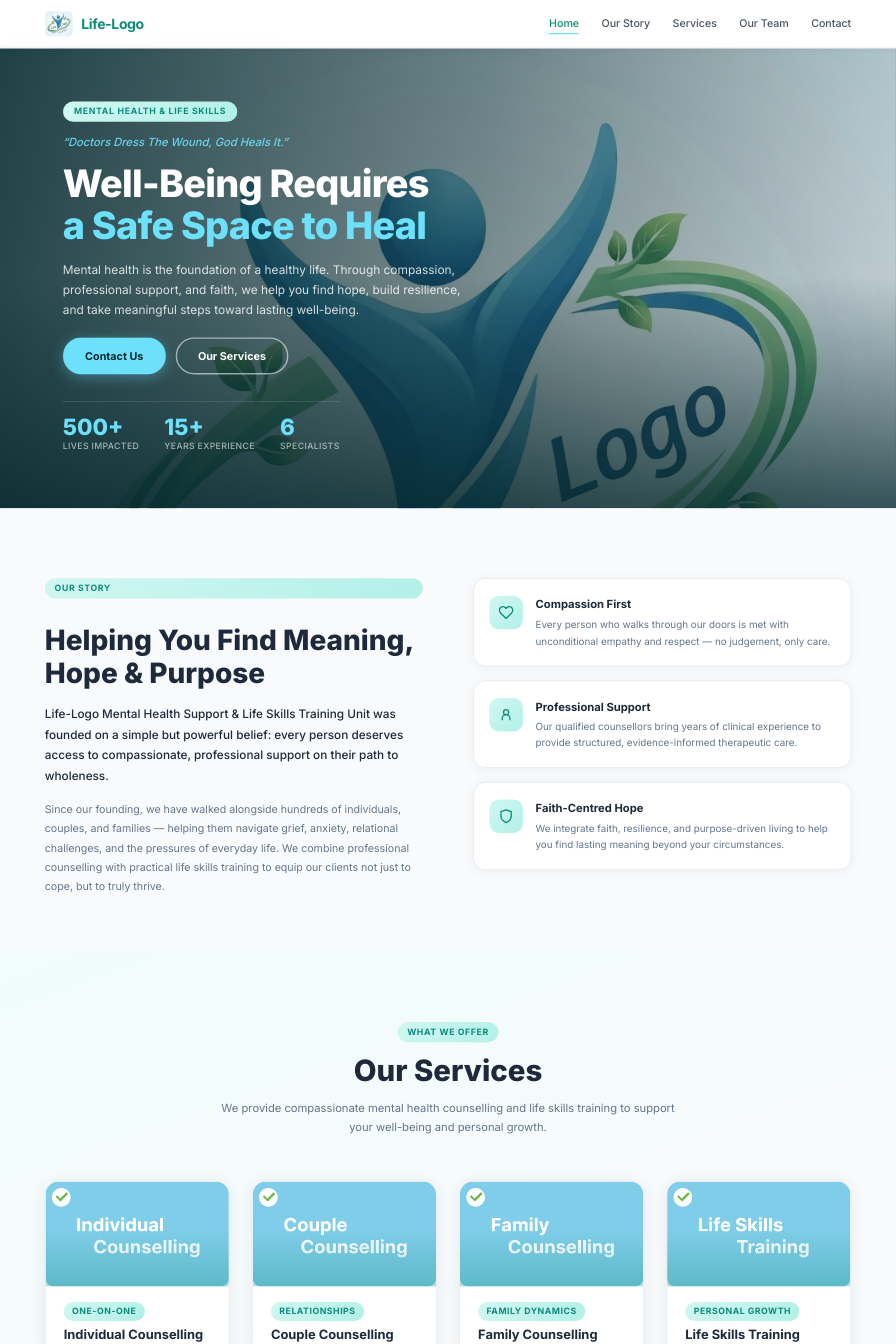
Repository: Tan47s/Lifelogo
Page: /
The author's editor kept a copy of each file at every save. The page is drawn from the files as they stood at one save, then again after the next save.
The browser window is 1280 px wide. The pictures show the part of the page from y = 0 to 1920 px (the page is 5558 px tall), at 70% of full size.
The project was rebuilt for these pictures with package versions that can differ from the ones it lists, and the page was loaded fresh each time. Also part of the build but not shown: vite.config.js.

Above is the page before, as saved 2026-08-23 11:12:36.

### index.html
<!doctype html>
<html lang="en">
  <head>
    <meta charset="UTF-8" />
    <link rel="icon" type="image/svg+xml" href="/favicon.svg" />
    <meta name="viewport" content="width=device-width, initial-scale=1.0" />
    <title>Life-Logo | Mental Health Counselling &amp; Life Skills</title>
    <meta name="description" content="Life-Logo Mental Health Support &amp; Life Skills Training Unit — professional counselling, resilience coaching, and compassionate support to help you find meaning, hope, and purpose." />
    <meta property="og:title" content="Life-Logo | Mental Health Counselling &amp; Life Skills" />
    <meta property="og:description" content="Professional counselling and life skills training to support your well-being and personal growth." />
    <meta property="og:type" content="website" />
  </head>
  <body>
    <div id="root"></div>
    <script type="module" src="/src/main.jsx"></script>
  </body>
</html>

### src/main.jsx
import { StrictMode } from 'react'
import { createRoot } from 'react-dom/client'

import { App } from './App.jsx'


createRoot(document.getElementById('root')).render(
  <StrictMode>
    <App />
  </StrictMode>,
)

### src/App.jsx
import React from 'react'
import { Header } from './comp/Header'
import { Herocon } from './comp/Herocon'
import { Contents2 } from './comp/Contents2'
import { Service2 } from './comp/Service2'
import { Counsellors } from './comp/Counsellors'
import { Contact } from './comp/Contact'
import { Footer } from './comp/Footer'

export const App = () => {
  return (
    <div>
      <Header />

      {/* Hero — id: home (owned by Herocon's <section>) */}
      <Herocon />

      {/* Our Story — id: story (owned by Contents2's <section>) */}
      <Contents2 />

      {/* Services — id: services (declared inside Service2's <section>) */}
      <Service2 />

      {/* Our Team — id: team */}
      <Counsellors />

      {/* Contact — id: contact */}
      <Contact />

      {/* Footer */}
      <Footer />
    </div>
  )
}

### src/comp/Herocon.jsx
import './herocon.css'
import Hero from '../assets/hero2.png'

const stats = [
  { value: '500+', label: 'Lives Impacted' },
  { value: '15+', label: 'Years Experience' },
  { value: '6',   label: 'Specialists' },
]

export const Herocon = () => {
  const scrollTo = (id) => {
    const el = document.getElementById(id)
    if (el) el.scrollIntoView({ behavior: 'smooth' })
  }

  return (
    <section
      id="home"
      className="hero-section"
      style={{ backgroundImage: `url(${Hero})` }}
    >
      {/* layered overlay */}
      <div className="hero-overlay" />

      <div className="hero-content">
        {/* eyebrow badge */}
        <span className="hero-badge">Mental Health &amp; Life Skills</span>

        {/* quote */}
        <p className="hero-quote">
          &ldquo;Doctors Dress The Wound, God Heals It.&rdquo;
        </p>

        {/* headline */}
        <h1 className="hero-headline">
          Well-Being Requires<br />
          <span className="hero-headline-accent">a Safe Space to Heal</span>
        </h1>

        {/* sub-text */}
        <p className="hero-sub">
          Mental health is the foundation of a healthy life. Through compassion,
          professional support, and faith, we help you find hope, build
          resilience, and take meaningful steps toward lasting well-being.
        </p>

        {/* CTAs */}
        <div className="hero-ctas">
          <button
            id="hero-contact-btn"
            className="hero-btn hero-btn--primary"
            onClick={() => scrollTo('contact')}
          >
            Contact Us
          </button>
          <button
            id="hero-services-btn"
            className="hero-btn hero-btn--ghost"
            onClick={() => scrollTo('services')}
          >
            Our Services
          </button>
        </div>

        {/* Stats strip */}
        <div className="hero-stats">
          {stats.map((s, i) => (
            <div className="hero-stat" key={i}>
              <span className="hero-stat-value">{s.value}</span>
              <span className="hero-stat-label">{s.label}</span>
            </div>
          ))}
        </div>
      </div>
    </section>
  )
}

### src/comp/Contents2.jsx
import React from 'react'
import './Contents2.css'

const pillars = [
  {
    icon: (
      <svg viewBox="0 0 24 24" fill="none" stroke="currentColor" strokeWidth="2" strokeLinecap="round" strokeLinejoin="round">
        <path d="M20.84 4.61a5.5 5.5 0 0 0-7.78 0L12 5.67l-1.06-1.06a5.5 5.5 0 0 0-7.78 7.78l1.06 1.06L12 21.23l7.78-7.78 1.06-1.06a5.5 5.5 0 0 0 0-7.78z"/>
      </svg>
    ),
    title: 'Compassion First',
    desc: 'Every person who walks through our doors is met with unconditional empathy and respect — no judgement, only care.',
  },
  {
    icon: (
      <svg viewBox="0 0 24 24" fill="none" stroke="currentColor" strokeWidth="2" strokeLinecap="round" strokeLinejoin="round">
        <circle cx="12" cy="8" r="4"/>
        <path d="M6 20v-2a6 6 0 0 1 12 0v2"/>
      </svg>
    ),
    title: 'Professional Support',
    desc: 'Our qualified counsellors bring years of clinical experience to provide structured, evidence-informed therapeutic care.',
  },
  {
    icon: (
      <svg viewBox="0 0 24 24" fill="none" stroke="currentColor" strokeWidth="2" strokeLinecap="round" strokeLinejoin="round">
        <path d="M12 22s8-4 8-10V5l-8-3-8 3v7c0 6 8 10 8 10z"/>
      </svg>
    ),
    title: 'Faith-Centred Hope',
    desc: 'We integrate faith, resilience, and purpose-driven living to help you find lasting meaning beyond your circumstances.',
  },
]

export const Contents2 = () => {
  return (
    <section id="story" className="story-section">
      <div className="story-inner">

        {/* ---- Left column: text ---- */}
        <div className="story-text">
          <span className="section-badge">Our Story</span>
          <h2>Helping You Find Meaning, Hope &amp; Purpose</h2>
          <p className="story-lead">
            Life-Logo Mental Health Support &amp; Life Skills Training Unit was
            founded on a simple but powerful belief: every person deserves access
            to compassionate, professional support on their path to wholeness.
          </p>
          <p className="story-body">
            Since our founding, we have walked alongside hundreds of individuals,
            couples, and families — helping them navigate grief, anxiety, relational
            challenges, and the pressures of everyday life. We combine professional
            counselling with practical life skills training to equip our clients not
            just to cope, but to truly thrive.
          </p>
        </div>

        {/* ---- Right column: pillars ---- */}
        <div className="story-pillars">
          {pillars.map((p, i) => (
            <div className="story-pillar" key={i}>
              <div className="pillar-icon">{p.icon}</div>
              <div className="pillar-body">
                <h4>{p.title}</h4>
                <p>{p.desc}</p>
              </div>
            </div>
          ))}
        </div>

      </div>
    </section>
  )
}

### src/comp/Service2.jsx
import React from 'react'
import ser1 from '../assets/ser1.png'
import ser2 from '../assets/ser2.png'
import ser3 from '../assets/ser3.png'
import ser4 from '../assets/ser4.png'
import './Service2.css'

const services = [
  {
    img: ser1,
    title: 'Individual Counselling',
    tag: 'One-on-One',
    desc: 'A private, confidential space where you can explore personal challenges, process emotions, and develop healthier coping strategies with the guidance of a qualified counsellor.',
  },
  {
    img: ser2,
    title: 'Couple Counselling',
    tag: 'Relationships',
    desc: 'Helping couples navigate conflict, rebuild trust, and strengthen communication so they can grow together in a healthy, supportive partnership.',
  },
  {
    img: ser3,
    title: 'Family Counselling',
    tag: 'Family Dynamics',
    desc: 'We work with families to address relational tensions, improve understanding, and foster a home environment rooted in compassion and mutual respect.',
  },
  {
    img: ser4,
    title: 'Life Skills Training',
    tag: 'Personal Growth',
    desc: 'Practical workshops and coaching sessions that equip you with tools for resilience, emotional regulation, goal-setting, and purposeful living.',
  },
]

export const Service2 = () => {
  return (
    <section id="services" className="services-section">
      {/* Section Header */}
      <div className="services-header">
        <span className="section-badge">What We Offer</span>
        <h2>Our Services</h2>
        <p className="services-subtitle">
          We provide compassionate mental health counselling and life skills
          training to support your well-being and personal growth.
        </p>
      </div>

      {/* Cards Grid */}
      <div className="services-grid">
        {services.map((s, i) => (
          <div className="service-card" key={i}>
            <div className="service-img-wrap">
              <img src={s.img} alt={s.title} className="service-img" />
              <div className="service-img-overlay" />
            </div>
            <div className="service-info">
              <span className="service-tag">{s.tag}</span>
              <h3>{s.title}</h3>
              <p>{s.desc}</p>
            </div>
          </div>
        ))}
      </div>
    </section>
  )
}

### src/comp/Footer.jsx
import React from 'react'
import './Footer.css'
import logo from '../assets/logo.png'

export const Footer = () => {
  const year = new Date().getFullYear()

  const scrollTo = (id) => {
    const el = document.getElementById(id)
    if (el) el.scrollIntoView({ behavior: 'smooth' })
  }

  return (
    <footer className="footer">
      <div className="footer-inner">

        {/* Brand Column */}
        <div className="footer-brand">
          <div className="footer-logo-row">
            <img src={logo} alt="Life-Logo" className="footer-logo" />
            <span className="footer-name">Life-Logo</span>
          </div>
          <p className="footer-tagline">
            Mental Health Support &amp; Life Skills Training Unit — helping
            people discover meaning, hope, and purpose.
          </p>
        </div>

        {/* Quick Links */}
        <div className="footer-col">
          <h4>Quick Links</h4>
          <ul>
            {[
              { label: 'Home',        id: 'home' },
              { label: 'Our Story',   id: 'story' },
              { label: 'Services',    id: 'services' },
              { label: 'Our Team',    id: 'team' },
              { label: 'Contact',     id: 'contact' },
            ].map((l) => (
              <li key={l.id}>
                <button onClick={() => scrollTo(l.id)} className="footer-link">
                  {l.label}
                </button>
              </li>
            ))}
          </ul>
        </div>

        {/* Contact Column */}
        <div className="footer-col">
          <h4>Contact</h4>
          <ul className="footer-contact-list">
            <li>
              <span className="fc-icon">📍</span>
              House-19, Road-14, Sector-13, Uttara, Dhaka-1230, Bangladesh.
            </li>
            <li>
              <span className="fc-icon">📞</span>
              <a href="tel:+8801616190907">+8801616190907</a>
            </li>
            <li>
              <span className="fc-icon">✉️</span>
              <a href="mailto:lifelogo111@gmail.com">lifelogo111@gmail.com</a>
            </li>
            <li>
              <span className="fc-icon">💬</span>
              <a href="https://wa.me/233244567890" target="_blank" rel="noopener noreferrer">
                WhatsApp Us
              </a>
            </li>
          </ul>
        </div>

      </div>

      {/* Bottom Bar */}
      <div className="footer-bottom">
        <p>&copy; {year} Life-Logo Mental Health &amp; Life Skills. All rights reserved.</p>
        <p className="footer-note">Built with compassion 💚</p>
      </div>
    </footer>
  )
}

### src/Index.css

@import url('https://fonts.googleapis.com/css2?family=Inter:wght@100..900&display=swap');

:root {
  /* Brand */
  --primary: #6de1fb;        /* Teal from header */
  --primary-light: #02ff78;


  /* Logo greens */
  --green: #22C55E;
  --green-light: #DCFCE7;

  /* Blue accent */
  --blue: #38BDF8;
  --blue-light: #E0F2FE;

  /* Backgrounds */
  --background: #F8FAFC;
  --surface: #FFFFFF;

  /* Text */
  --text: #1E293B;
  --text-muted: #64748B;

  /* Borders */
  --border: #E2E8F0;
}

* {
  margin: 0;
  padding: 0;
  box-sizing: border-box;
  font-family: "Inter", sans-serif;
}

h1{
    font-weight: 800;
}

p{
    font-weight: 400;
}

### src/comp/Contents2.css
/* ============================================================
   OUR STORY SECTION
   ============================================================ */

.story-section {
  padding: 100px 5% 80px;
  background: var(--background);   /* #F8FAFC — same as Counsellors */
}

/* ---- Two-column inner wrapper ---- */
.story-inner {
  display: grid;
  grid-template-columns: 1fr 1fr;
  gap: 72px;
  max-width: 1200px;
  margin: 0 auto;
  align-items: start;
}

/* ========== LEFT: text column ========== */
.story-text {
  display: flex;
  flex-direction: column;
  gap: 20px;
}

.story-text h2 {
  font-size: clamp(26px, 3.5vw, 40px);
  font-weight: 800;
  color: var(--text);
  line-height: 1.18;
  margin: 0;
}

.story-lead {
  font-size: 1.05rem;
  color: var(--text);
  font-weight: 500;
  line-height: 1.75;
  margin: 0;
}

.story-body {
  font-size: 0.95rem;
  color: var(--text-muted);
  line-height: 1.8;
  margin: 0;
}

/* ========== RIGHT: pillars column ========== */
.story-pillars {
  display: flex;
  flex-direction: column;
  gap: 20px;
}

/* ---- Single pillar card ---- */
.story-pillar {
  display: flex;
  align-items: flex-start;
  gap: 18px;
  background: var(--surface);
  border: 1px solid var(--border);
  border-radius: 18px;
  padding: 24px 22px;
  box-shadow: 0 2px 16px rgba(0, 0, 0, 0.05);
  transition: transform 0.25s ease, box-shadow 0.25s ease;
}

.story-pillar:hover {
  transform: translateY(-4px);
  box-shadow: 0 8px 32px rgba(109, 225, 251, 0.18);
}

/* ---- Icon bubble ---- */
.pillar-icon {
  flex-shrink: 0;
  width: 48px;
  height: 48px;
  border-radius: 14px;
  background: linear-gradient(135deg, #d0f7f1, #b2f0e8);
  display: flex;
  align-items: center;
  justify-content: center;
  color: #0d8c7a;
}

.pillar-icon svg {
  width: 22px;
  height: 22px;
}

/* ---- Pillar text ---- */
.pillar-body {
  display: flex;
  flex-direction: column;
  gap: 5px;
}

.pillar-body h4 {
  font-size: 1rem;
  font-weight: 700;
  color: var(--text);
  margin: 0;
}

.pillar-body p {
  font-size: 0.88rem;
  color: var(--text-muted);
  line-height: 1.65;
  margin: 0;
}

/* ---- Responsive ---- */
@media (max-width: 860px) {
  .story-inner {
    grid-template-columns: 1fr;
    gap: 48px;
  }
}

@media (max-width: 640px) {
  .story-section {
    padding: 70px 5% 60px;
  }
}

### src/comp/Service2.css
/* ============================================================
   SERVICES SECTION  —  mirrors Counsellors card style
   ============================================================ */

.services-section {
  padding: 100px 5% 80px;
  background: linear-gradient(160deg, #f0fdfb 0%, #f8fafc 60%);
}

/* --- Header --- */
.services-header {
  text-align: center;
  max-width: 660px;
  margin: 0 auto 64px;
}

.services-header h2 {
  font-size: clamp(28px, 4vw, 42px);
  font-weight: 800;
  color: var(--text);
  margin-bottom: 16px;
  line-height: 1.15;
}

.services-subtitle {
  font-size: 1rem;
  color: var(--text-muted);
  line-height: 1.7;
}

/* --- Grid --- */
.services-grid {
  display: grid;
  grid-template-columns: repeat(auto-fit, minmax(260px, 1fr));
  gap: 32px;
  max-width: 1200px;
  margin: 0 auto;
}

/* --- Card --- */
.service-card {
  background: var(--surface);
  border-radius: 20px;
  overflow: hidden;
  box-shadow: 0 4px 24px rgba(0, 0, 0, 0.07);
  border: 1px solid var(--border);
  transition: transform 0.3s ease, box-shadow 0.3s ease;
}

.service-card:hover {
  transform: translateY(-8px);
  box-shadow: 0 12px 40px rgba(109, 225, 251, 0.25);
}

/* --- Image wrapper --- */
.service-img-wrap {
  position: relative;
  width: 100%;
  height: 150px;
  overflow: hidden;
}

.service-img {
  width: 100%;
  height: 100%;
  object-fit: cover;
  object-position: center;
  transition: transform 0.4s ease;
}

.service-card:hover .service-img {
  transform: scale(1.05);
}

.service-img-overlay {
  position: absolute;
  inset: 0;
  background: linear-gradient(to top, rgba(13, 140, 122, 0.3) 0%, transparent 55%);
  pointer-events: none;
}

/* --- Info block --- */
.service-info {
  padding: 22px 26px 28px;
  display: flex;
  flex-direction: column;
  gap: 8px;
}

.service-tag {
  display: inline-block;
  background: linear-gradient(135deg, #d0f7f1, #b2f0e8);
  color: #0d8c7a;
  font-size: 0.78rem;
  font-weight: 700;
  letter-spacing: 0.06em;
  text-transform: uppercase;
  padding: 4px 12px;
  border-radius: 999px;
  align-self: flex-start;
}

.service-info h3 {
  font-size: 1.15rem;
  font-weight: 700;
  color: var(--text);
  margin: 0;
  line-height: 1.3;
}

.service-info p {
  font-size: 0.9rem;
  color: var(--text-muted);
  line-height: 1.75;
  margin: 0;
}

/* --- Responsive --- */
@media (max-width: 640px) {
  .services-section {
    padding: 70px 5% 60px;
  }

  .services-grid {
    grid-template-columns: 1fr;
  }
}

### src/comp/Counsellors.css
/* ============================================================
   COUNSELLORS SECTION
   ============================================================ */

.counsellors-section {
  padding: 100px 5% 80px;
  background: var(--background);
}

/* --- Header --- */
.counsellors-header {
  text-align: center;
  max-width: 660px;
  margin: 0 auto 64px;
}

.counsellors-header h2 {
  font-size: clamp(28px, 4vw, 42px);
  font-weight: 800;
  color: var(--text);
  margin-bottom: 16px;
  line-height: 1.15;
}

.counsellors-subtitle {
  font-size: 1rem;
  color: var(--text-muted);
  line-height: 1.7;
}

/* --- Badge --- */
.section-badge {
  display: inline-block;
  background: linear-gradient(135deg, #d0f7f1, #b2f0e8);
  color: #0d8c7a;
  font-size: 0.78rem;
  font-weight: 700;
  letter-spacing: 0.07em;
  text-transform: uppercase;
  padding: 5px 14px;
  border-radius: 999px;
  margin-bottom: 16px;
}

/* --- Grid --- */
.counsellors-grid {
  display: grid;
  grid-template-columns: repeat(3, 1fr);
  gap: 36px;
  max-width: 1200px;
  margin: 0 auto;
}

@media (max-width: 960px) {
  .counsellors-grid {
    grid-template-columns: repeat(2, 1fr);
  }
}

/* --- Card --- */
.counsellor-card {
  background: var(--surface);
  border-radius: 20px;
  overflow: hidden;
  box-shadow: 0 4px 24px rgba(0, 0, 0, 0.07);
  transition: transform 0.3s ease, box-shadow 0.3s ease;
  border: 1px solid var(--border);
}

.counsellor-card:hover {
  transform: translateY(-8px);
  box-shadow: 0 12px 40px rgba(109, 225, 251, 0.25);
}

/* --- Image wrapper --- */
.counsellor-img-wrap {
  position: relative;
  width: 100%;
  height: 280px;
  overflow: hidden;
}

.counsellor-img {
  width: 100%;
  height: 100%;
  object-fit: cover;
  object-position: top center;
  transition: transform 0.4s ease;
}

.counsellor-card:hover .counsellor-img {
  transform: scale(1.04);
}

.counsellor-img-overlay {
  position: absolute;
  inset: 0;
  background: linear-gradient(to top, rgba(13, 140, 122, 0.35) 0%, transparent 60%);
  pointer-events: none;
}

/* --- Info block --- */
.counsellor-info {
  padding: 24px 28px 30px;
}

.counsellor-info h3 {
  font-size: 1.2rem;
  font-weight: 700;
  color: var(--text);
  margin-bottom: 4px;
}

.counsellor-role {
  display: inline-block;
  font-size: 0.82rem;
  font-weight: 600;
  color: #0d8c7a;
  background: linear-gradient(135deg, #d0f7f1, #b2f0e8);
  padding: 3px 10px;
  border-radius: 999px;
  margin-bottom: 14px;
  letter-spacing: 0.02em;
}

.counsellor-info p {
  font-size: 0.9rem;
  color: var(--text-muted);
  line-height: 1.75;
}

/* --- Responsive --- */
@media (max-width: 640px) {
  .counsellors-section {
    padding: 70px 5% 60px;
  }

  .counsellors-grid {
    grid-template-columns: 1fr;
  }
}

### src/comp/Footer.css
/* ============================================================
   FOOTER
   ============================================================ */

.footer {
  background: linear-gradient(135deg, #0f2027, #203a43, #2c5364);
  color: rgba(255, 255, 255, 0.85);
  padding-top: 64px;
}

.footer-inner {
  max-width: 1100px;
  margin: 0 auto;
  padding: 0 5% 48px;
  display: grid;
  grid-template-columns: 1.6fr 1fr 1.2fr;
  gap: 48px;
}

/* --- Brand Column --- */
.footer-brand {}

.footer-logo-row {
  display: flex;
  align-items: center;
  gap: 12px;
  margin-bottom: 16px;
}

.footer-logo {
  width: 44px;
  height: 44px;
  object-fit: contain;
  border-radius: 10px;
  background: white;
  padding: 3px;
}

.footer-name {
  font-size: 1.3rem;
  font-weight: 800;
  color: var(--primary);
  letter-spacing: -0.02em;
}

.footer-tagline {
  font-size: 0.9rem;
  line-height: 1.7;
  color: rgba(255, 255, 255, 0.6);
  max-width: 300px;
}

/* --- Columns --- */
.footer-col h4 {
  font-size: 0.8rem;
  font-weight: 700;
  letter-spacing: 0.1em;
  text-transform: uppercase;
  color: var(--primary);
  margin-bottom: 18px;
}

.footer-col ul {
  list-style: none;
  padding: 0;
  margin: 0;
  display: flex;
  flex-direction: column;
  gap: 10px;
}

/* Quick links */
.footer-link {
  background: none;
  border: none;
  padding: 0;
  cursor: pointer;
  font-size: 0.9rem;
  color: rgba(255, 255, 255, 0.7);
  text-align: left;
  transition: color 0.2s ease;
  font-family: inherit;
}

.footer-link:hover {
  color: var(--primary);
}

/* Contact list */
.footer-contact-list li {
  display: flex;
  align-items: flex-start;
  gap: 10px;
  font-size: 0.88rem;
  color: rgba(255, 255, 255, 0.7);
  line-height: 1.55;
}

.footer-contact-list a {
  color: rgba(255, 255, 255, 0.7);
  text-decoration: none;
  transition: color 0.2s ease;
}

.footer-contact-list a:hover {
  color: var(--primary);
}

.fc-icon {
  flex-shrink: 0;
  font-size: 1rem;
  margin-top: 1px;
}

/* --- Bottom Bar --- */
.footer-bottom {
  border-top: 1px solid rgba(255, 255, 255, 0.1);
  padding: 20px 5%;
  display: flex;
  align-items: center;
  justify-content: space-between;
  max-width: 100%;
}

.footer-bottom p {
  font-size: 0.82rem;
  color: rgba(255, 255, 255, 0.45);
  margin: 0;
}

.footer-note {
  font-size: 0.82rem;
  color: rgba(255, 255, 255, 0.45);
}

/* --- Responsive --- */
@media (max-width: 860px) {
  .footer-inner {
    grid-template-columns: 1fr 1fr;
  }
  .footer-brand {
    grid-column: span 2;
  }
}

@media (max-width: 540px) {
  .footer-inner {
    grid-template-columns: 1fr;
  }
  .footer-brand {
    grid-column: span 1;
  }
  .footer-bottom {
    flex-direction: column;
    gap: 6px;
    text-align: center;
  }
}

Loaded but not shown: src/comp/Contact.jsx (114 lines, source omitted); src/comp/Counsellors.jsx (101 lines, source omitted); src/App.css (221 lines, source omitted); src/comp/herocon.css (185 lines, source omitted); src/comp/Contact.css (202 lines, source omitted); src/comp/Header.jsx (102 lines, source omitted)

After the next save:
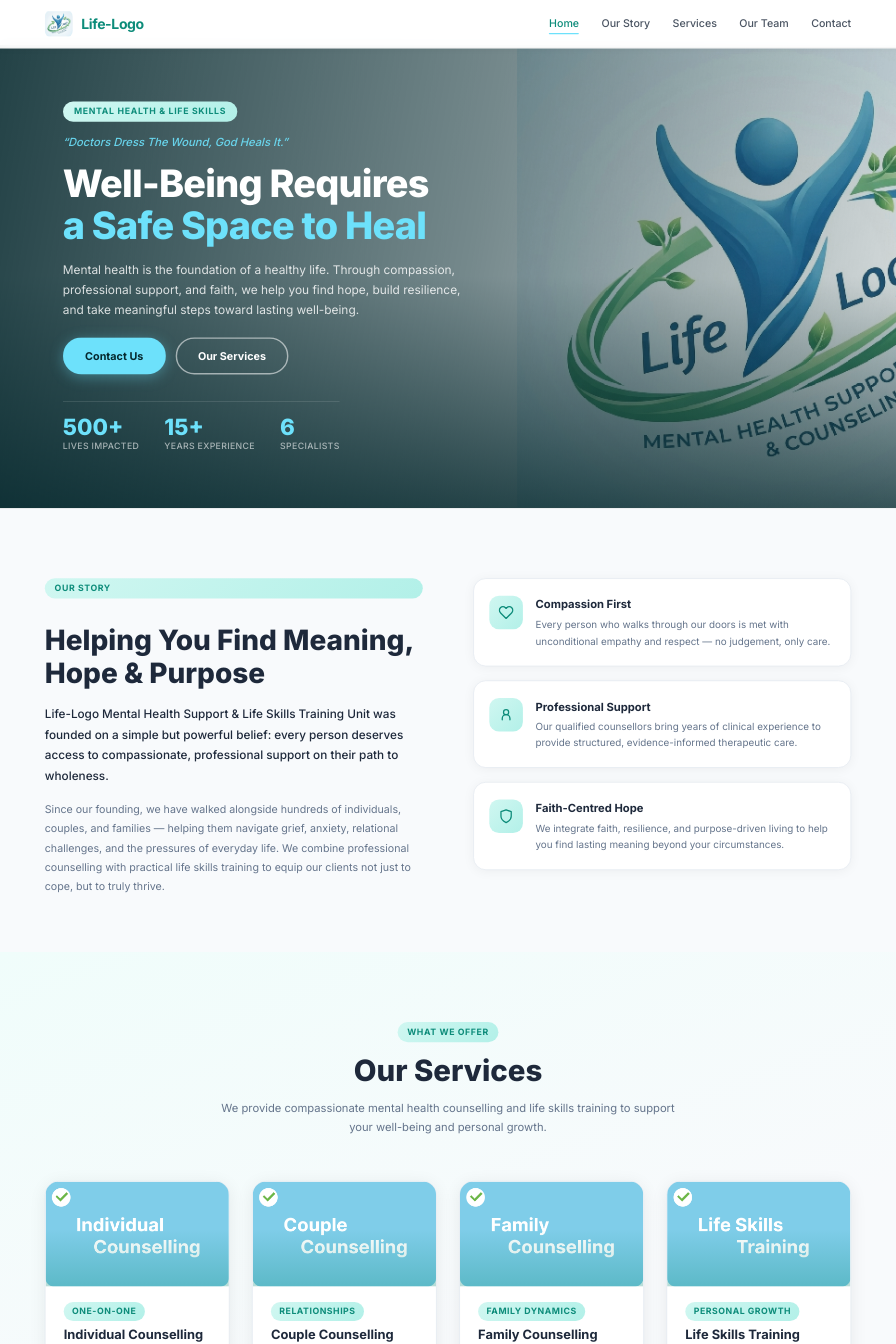
Saved 8 min 26 s later.
--- a/src/comp/Herocon.jsx
+++ b/src/comp/Herocon.jsx
@@ -1,5 +1,5 @@
 import './herocon.css'
-import Hero from '../assets/hero2.png'
+import Hero from '../assets/hero3.jpg'
 
 const stats = [
   { value: '500+', label: 'Lives Impacted' },
